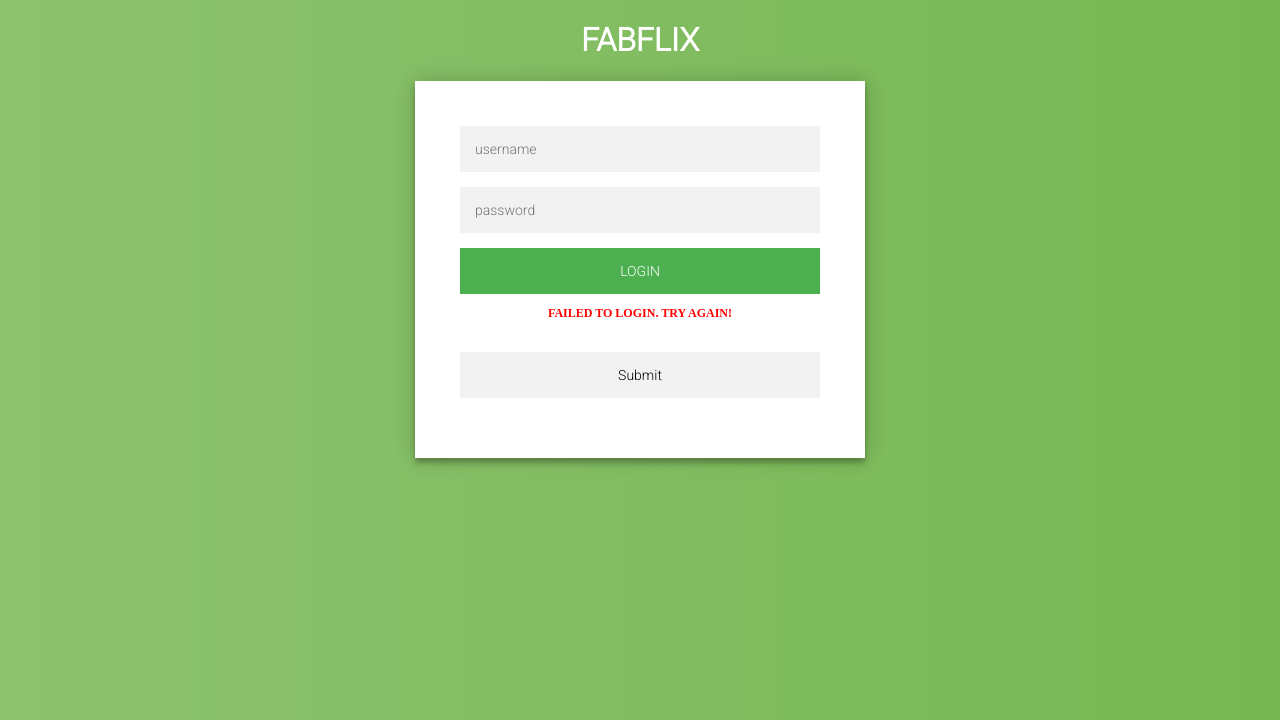
Repository: csetty/fabflix_project3
Page: http://localhost/fabflix/LoginController
The author's editor kept a copy of each file at every save. The page is drawn from the files as they stood at one save, then again after the next save.
The browser window is 1280 px wide. The pictures show the whole page.
The page is served by Tomcat 9. Other server files are loaded and not shown. Queries for data that is not in the repository find no rows.

Above is the page before, as saved 2016-05-03 00:45:59.
Console error: ReferenceError: $ is not defined

### fabflix/WebContent/login.jsp
<%@ page language="java" contentType="text/html; charset=ISO-8859-1"
	pageEncoding="ISO-8859-1"%>
<!DOCTYPE html PUBLIC "-//W3C//DTD HTML 4.01 Transitional//EN" "http://www.w3.org/TR/html4/loose.dtd">
<html>
<head>
<meta http-equiv="Content-Type" content="text/html; charset=ISO-8859-1">
<meta name="viewport" content="width=device-width, initial-scale=1">
<% // @ taglib uri="http://java.sun.com/jsp/jstl/core" prefix="c" %>
<title>FabFlix - Login</title>
<!-- Latest compiled and minified CSS -->
<link rel="stylesheet" href="css/loginStylesheet.css">
<script src="js/script.js"></script>
<script type="text/javascript">
      var onloadCallback = function() {
        grecaptcha.render('html_element', {
          'sitekey' : '6LdegR4TAAAAAOPMZGMGscBljTzr_tMu55ZURKY4'
        });
      };
    </script>
</head>
<body>

<%
	if (request.getSession(false) != null && request.getSession().getAttribute("loggedInCustomer") != null)
	{
		response.sendRedirect("success.jsp");
	}
%>

	<h1 class = "text-center">Fabflix</h1>

	<div class="login-page">
  	<div class="form">

    <form action="LoginController" method="post" class="login-form">
      <input type="text" placeholder="username" name = "username"/>
      <input type="password" placeholder="password" name = "password"/>
      <button>login</button>
			<p class="wrongLogin">${requestScope['failure']}</p>
	 <div id="html_element"></div>
	 <br>
     <input type="submit" value="Submit">

    </form>
    <script src="https://www.google.com/recaptcha/api.js?onload=onloadCallback&render=explicit"
        async defer>
    </script>
  </div>
</div>
<%--
	<form action="LoginController" method="post">
		Enter username : <input type="text" name="username"> <BR>
		Enter password : <input type="password" name="password"> <BR>
		<input type="submit" />
	</form> --%>

</body>
</html>

### fabflix/src/mvcdemo/controllers/LoginController.java
package mvcdemo.controllers;

import java.io.IOException;
import java.io.PrintWriter;
import java.sql.Connection;
import java.sql.DriverManager;
import java.sql.ResultSet;
import java.sql.SQLException;
import java.sql.Statement;

import javax.servlet.RequestDispatcher;
import javax.servlet.ServletException;
import javax.servlet.http.HttpServlet;
import javax.servlet.http.HttpServletRequest;
import javax.servlet.http.HttpServletResponse;
import javax.servlet.http.HttpSession;

import mvcdemo.model.User;
import mvcdemo.model.SessionCart;
import mvcdemo.model.Customer;
import mvcdemo.model.Search;
import sun.text.normalizer.ICUBinary.Authenticate;

public class LoginController extends HttpServlet
{
    public String getServletInfo()
    {
       return "Servlet connects to MySQL database and displays result of a SELECT";
    }


    // HELPER method
	public static boolean loginAuthenticator(Statement select, String email, String password) throws SQLException {

		boolean exists = true;

		ResultSet result;

		String query = "Select email, password from customers where email = '" + email + "'" + " and password = '" + password + "';" ;

		result = select.executeQuery(query);

		if (!result.next()) {
			  System.out.println("This email/password combination is incorrect. Please try again.");
			  exists = false;
			} else {
			  //display results
			  do {
			    String queryEmail = result.getString(1);
			    String queryPassword = result.getString(2);
			    //name.setText(data);
			    System.out.println("RESULT IS: " + queryEmail + queryPassword);
			  } while (result.next());
			}

		return exists;
	}

    public void doGet(HttpServletRequest request, HttpServletResponse response)
        throws IOException, ServletException
    {
    	// Output stream to STDOUT
        PrintWriter out = response.getWriter();



      String email = request.getParameter("username");
      String password = request.getParameter("password");
      RequestDispatcher rd = null;

      // Used to keep track of login info
      HttpSession session;

//
//      Authenticator authenticator = new Authenticator();
//      String result = authenticator.authenticate(username, password);

    	// Database login information
      String database = "root";
      String dbPassword = "password";

   // Incorporate mySQL driver
      // Establish connection to JBDC instance
      try {
		Class.forName("com.mysql.jdbc.Driver").newInstance();
		System.out.println("Success");
	} catch (InstantiationException e) {
		// TODO Auto-generated catch block
		e.printStackTrace();
	} catch (IllegalAccessException e) {
		// TODO Auto-generated catch block
		e.printStackTrace();
	} catch (ClassNotFoundException e) {
		// TODO Auto-generated catch block
		e.printStackTrace();
	}

      // Connection to local database using JDBC

      try {
		Connection connection = DriverManager.getConnection("jdbc:mysql://localhost:3306/moviedb", database, dbPassword);
		System.out.println("Connection successful!");
	    Statement select = connection.createStatement();
	    System.out.println("Select successful!");
//	    String emailLogin = "a@email.com";
//	    String passwordLogin = "a2";
	    Customer loggedInCustomer = null; // default value
	    loggedInCustomer= Search.verifyLoginAccount(email, password, connection);
	    System.out.println("Customer: " + loggedInCustomer);
	    if (loggedInCustomer != null){

	    	session = request.getSession(true);
	    	// to keep track of a customer, we must create a Customer object
			session.setAttribute("loggedInCustomer", loggedInCustomer);
			session.setAttribute("session_cart", new SessionCart());
			request.setAttribute("failure", "");
	    	rd = request.getRequestDispatcher("/success.jsp");
	    	User user = new User(email, password);
	        request.setAttribute("user", user);
	    }
	    else {
          rd = request.getRequestDispatcher("/login.jsp");
          String failure = "Failed to login. Try again!";
          request.setAttribute("failure", failure );
	    }
	    rd.forward(request, response);
//	    connection.close(); // close or no?

	} catch (SQLException e) {
		// TODO Auto-generated catch block
		e.printStackTrace();
	}

    }

    public void doPost(HttpServletRequest request, HttpServletResponse response)
        throws IOException, ServletException
    {
	doGet(request, response);
    }
}

### fabflix/WebContent/css/loginStylesheet.css
@import url(https://fonts.googleapis.com/css?family=Roboto:300);

.initial-login-page {
  width: 360px;
  padding: 8% 0 0;
  margin: auto;
}
.form {
  margin: 0 auto 100px;
  padding: 45px;
  text-align: center;
  box-shadow: 0 0 20px 0 rgba(0, 0, 0, 0.2), 0 5px 5px 0 rgba(0, 0, 0, 0.24);
  position: relative;
  z-index: 1;
  background: #FFFFFF;
  max-width: 360px;
}
.form input {
  box-sizing: border-box;
  font-size: 14px;
  border: 0;
  margin: 0 0 15px;
  padding: 15px;
  font-family: "Roboto", sans-serif;
  outline: 0;
  background: #f2f2f2;
  width: 100%;
}
.form button {
  transition: all 0.3 ease;
  cursor: pointer;
  width: 100%;
  border: 0;
  padding: 15px;
  color: #FFFFFF;
  font-size: 14px;
  -webkit-transition: all 0.3 ease;
  font-family: "Roboto", sans-serif;
  text-transform: uppercase;
  outline: 0;
  background: #4CAF50;

}
.form button:hover,.form button:active,.form button:focus {
  background: #43A047;
}
.form .message {
  font-size: 12px;
  margin: 15px 0 0;
  color: #b3b3b3;
}
.form .message a {
  text-decoration: none;
  color: #4CAF50;
}
.form .register-form {
  display: none;
}
.container {
  max-width: 300px;
  margin: 0 auto;
  position: relative;
  z-index: 1;
}
.container:before, .container:after {
  content: "";
  display: block;
  clear: both;
}
.container .info {
  margin: 50px auto;
  text-align: center;
}
.container .info h1 {
  margin: 0 0 15px;
  padding: 0;
  font-size: 36px;
  font-weight: 300;
  color: #1a1a1a;
}
.container .info span {
  color: #4d4d4d;
  font-size: 12px;
}
.container .info span a {
  color: #000000;
  text-decoration: none;
}
.container .info span .fa {
  color: #EF3B3A;
}
body {
  background: #76b852; /* fallback for old browsers */
  background: -webkit-linear-gradient(right, #76b852, #8DC26F);
  background: -moz-linear-gradient(right, #76b852, #8DC26F);
  background: -o-linear-gradient(right, #76b852, #8DC26F);
  background: linear-gradient(to left, #76b852, #8DC26F);
  font-family: "Roboto", sans-serif;
  -webkit-font-smoothing: antialiased;
  -moz-osx-font-smoothing: grayscale;
}

/*HEADER STYLES*/
h1 {
  text-align: center;
  font-family: "Roboto", sans-serif;
  color: white;
  text-transform: uppercase;
  font-weight: bold;
}

.wrongLogin {
  color: red;
  font-weight: bold;
  font-size: 12px;
  text-align: center;
  font-family: "Times New Roman", sans-serif;
  text-transform: uppercase;
}

Loaded but not shown: fabflix/WebContent/js/script.js (7 lines, source omitted); fabflix/src/mvcdemo/model/Search.java (1067 lines, source omitted)

After the next save:
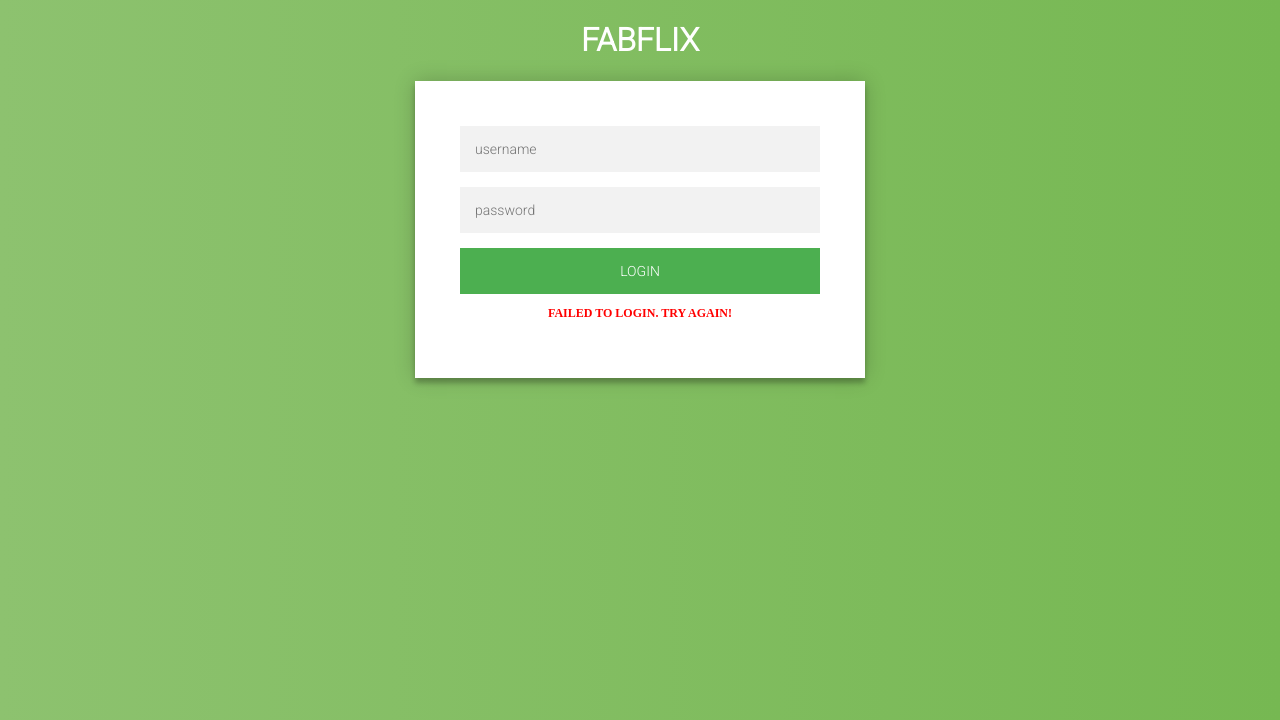
Saved 69 s later.
--- a/fabflix/WebContent/login.jsp
+++ b/fabflix/WebContent/login.jsp
@@ -37,9 +37,7 @@
       <input type="password" placeholder="password" name = "password"/>
       <button>login</button>
 			<p class="wrongLogin">${requestScope['failure']}</p>
-	 <div id="html_element"></div>
-	 <br>
-     <input type="submit" value="Submit">
+	 <div class="g-recaptcha" data-sitekey="6LdegR4TAAAAAOPMZGMGscBljTzr_tMu55ZURKY4"></div>
 
     </form>
     <script src="https://www.google.com/recaptcha/api.js?onload=onloadCallback&render=explicit"
